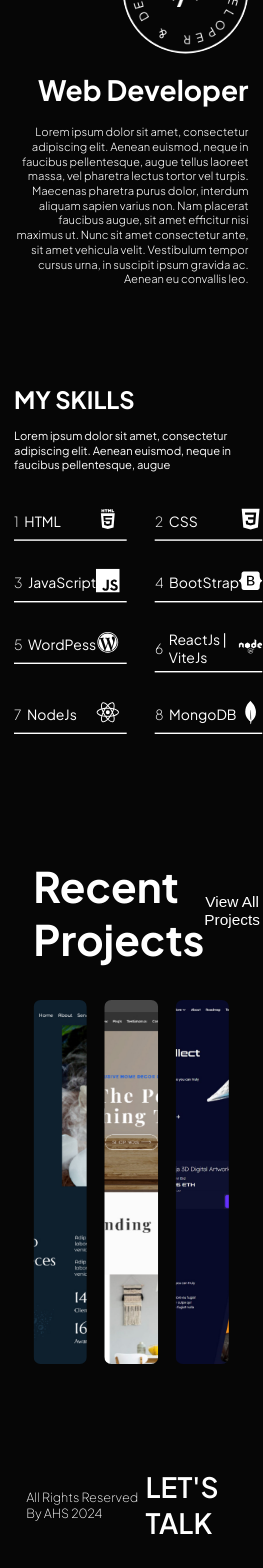
Repository: AliHassan02-Dev/PORTFOLIO
Page: / (app in Front-end/)
An editor plug-in stored every save of this project. The page is shown before and after the next save, followed by the edit.
The browser window is 375 px wide. The pictures show the part of the page from y = 1792 to 4032 px (the page is 4032 px tall before and 4028 px after), at 70% of full size.
The project was rebuilt for these pictures with package versions that can differ from the ones it lists, and the page was loaded fresh each time. Also part of the build but not shown: Front-end/vite.config.js, Front-end/src/Pages/Projects.jsx, Front-end/src/Pages/AllProjects.jsx, Front-end/src/Components/ProjectPreview.jsx.

Above is the page before, as saved 2024-08-24 07:46:03.

After the next save:
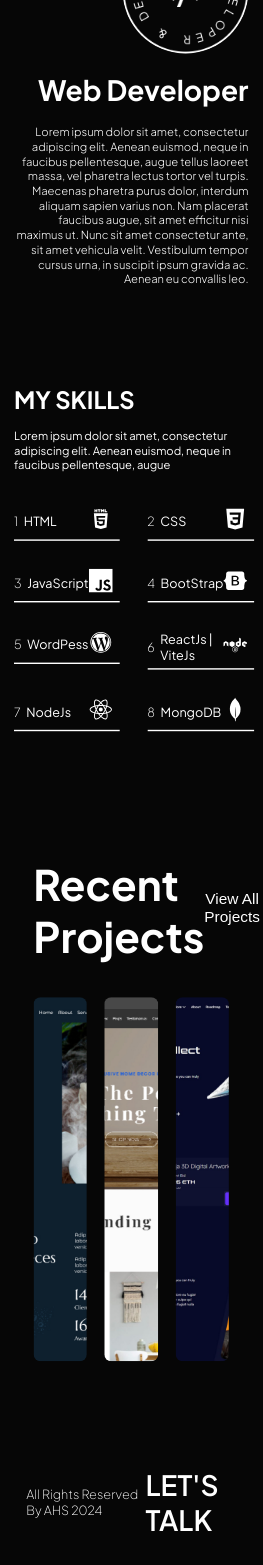
Saved 16 s later.
--- a/Front-end/src/App.css
+++ b/Front-end/src/App.css
@@ -565,6 +565,7 @@ body {
     font-weight: bold;
     color: white;
   }
+
   .mainWrapper .skillsContainer .top .right p {
     font-size: 16px;
   }
@@ -574,11 +575,11 @@ body {
   }
 
   .mainWrapper .skillsContainer .bottom .skillBar .left p {
-    font-size: 20px;
+    font-size: 18px;
   }
 
   .mainWrapper .skillsContainer .bottom .skillBar .left h2 {
-    font-size: 20px;
+    font-size: 18px;
   }
 
   .mainWrapper .skillsContainer .bottom .skillBar .right .skillLogo {
